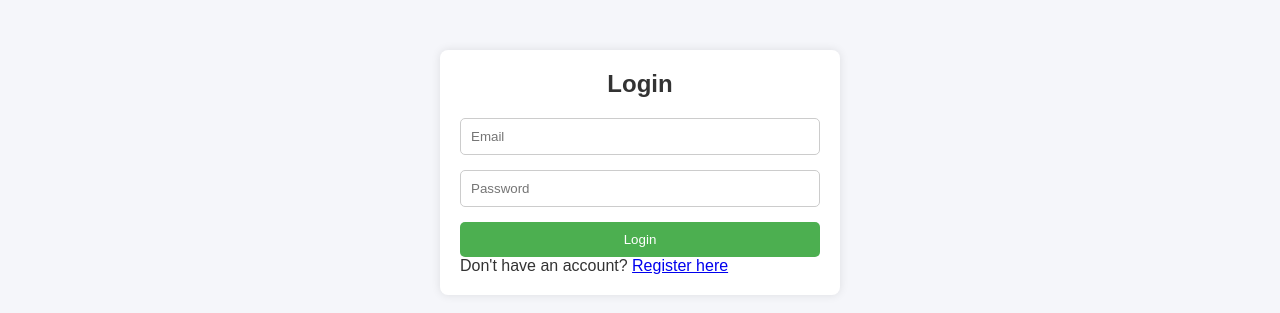
Repository: Akanksha-Sahu26/FinTrack
Page: FinTrack/src/main/resources/static/html/login.html
An editor plug-in stored every save of this project. The page is shown before and after the next save, followed by the edit.
The browser window is 1280 px wide. The pictures show the whole page.

Above is the page before, as saved 2026-02-21 17:23:50.

### FinTrack/src/main/resources/static/html/login.html
<!DOCTYPE html>
<html lang="en">
<head>
    <meta charset="UTF-8">
    <title>Login - Expense Tracker</title>
    <link rel="stylesheet" href="../css/styles.css">
</head>
<body>
    <div class="container auth-container">
        <h2>Login</h2>
        <form id="loginForm">
            <input type="email" id="email" placeholder="Email" required>
            <input type="password" id="password" placeholder="Password" required>
            <button type="submit">Login</button>
        </form>
        <p>Don't have an account? <a href="register.html">Register here</a></p>
        <div id="loginError" class="error-msg"></div>
    </div>

    <script src="../js/api.js"></script>
    <script>
        const loginForm = document.getElementById("loginForm");
        const loginError = document.getElementById("loginError");

        loginForm.addEventListener("submit", async (e) => {
            e.preventDefault();
            const email = document.getElementById("email").value;
            const password = document.getElementById("password").value;

            try {
                const response = await AuthAPI.login({email, password});
                localStorage.setItem("userId", response.id);
                window.location.href = "index.html";
            } catch (err) {
                loginError.textContent = err.message || "Login failed!";
                loginError.style.opacity = 1;
                setTimeout(() => loginError.style.opacity = 0, 3000);
            }
        });
    </script>
</body>
</html>

### FinTrack/src/main/resources/static/css/styles.css
/* General Reset */
* { box-sizing: border-box; margin: 0; padding: 0; font-family: 'Arial', sans-serif; }
body { background: #f5f6fa; color: #333; }

/* Containers */
.container { width: 90%; max-width: 400px; margin: 50px auto; padding: 20px; background: #fff; border-radius: 8px; box-shadow: 0 0 10px rgba(0,0,0,0.1); animation: fadeIn 0.8s ease; }
.auth-container h2 { text-align: center; margin-bottom: 20px; }
.auth-container input { display: block; width: 100%; padding: 10px; margin-bottom: 15px; border-radius: 5px; border: 1px solid #ccc; }
.auth-container button { width: 100%; padding: 10px; background: #4CAF50; color: #fff; border: none; border-radius: 5px; cursor: pointer; transition: 0.3s; }
.auth-container button:hover { background: #45a049; }
.error-msg { color: red; font-size: 0.9em; opacity: 0; transition: opacity 0.5s; }

/* Header */
header { display: flex; justify-content: space-between; align-items: center; padding: 20px; background: #4CAF50; color: #fff; }
header h1 { font-size: 1.8em; }
header .btn, #logoutBtn { background: #fff; color: #4CAF50; padding: 6px 12px; border-radius: 5px; text-decoration: none; cursor: pointer; transition: 0.3s; }
header .btn:hover, #logoutBtn:hover { background: #f1f1f1; }

/* Cards */
.summary-cards { display: flex; justify-content: space-around; margin: 20px 0; }
.card { background: #fff; padding: 15px 20px; border-radius: 8px; box-shadow: 0 0 10px rgba(0,0,0,0.1); transition: 0.3s; width: 30%; text-align: center; }
.card:hover { transform: translateY(-5px); }

/* Tables */
table { width: 100%; border-collapse: collapse; margin-top: 20px; }
table th, table td { border: 1px solid #ddd; padding: 8px; text-align: center; }
table th { background: #4CAF50; color: #fff; }

/* Animations */
@keyframes fadeIn { from { opacity: 0; } to { opacity: 1; } }

### FinTrack/src/main/resources/static/js/api.js
/**
 * FinTrack API - Maps all backend controller endpoints
 * Base URL: /api
 * All API calls use fetch with credentials: 'include' for session cookies
 */

const BASE = '/api';

const opts = (method, body) => ({
  method,
  headers: body ? { 'Content-Type': 'application/json' } : {},
  body: body ? JSON.stringify(body) : undefined,
  credentials: 'include'
});

const handleResponse = async (res) => {
  if (!res.ok) {
    const err = await res.json().catch(() => ({}));
    throw new Error(err.error || err.message || `Request failed: ${res.status}`);
  }
  const contentType = res.headers.get('content-type');
  if (contentType && contentType.includes('application/json')) return res.json();
  return res.text();
};

// ========== AUTH (AuthController) ==========
const AuthAPI = {
  register: (data) => fetch(`${BASE}/auth/reg`, opts('POST', data)).then(handleResponse),
  login: (data) => fetch(`${BASE}/auth/login`, opts('POST', data)).then(handleResponse),
  logout: () => fetch(`${BASE}/auth/logout`, opts('POST')).then(handleResponse),
  getCurrentUser: () => fetch(`${BASE}/auth/me`, opts('GET')).then(handleResponse)
};

// ========== USER (UserController) ==========
const UserAPI = {
  getUserById: (id) => fetch(`${BASE}/user/${id}`, opts('GET')).then(handleResponse),
  updateIncome: (id, salary) => fetch(`${BASE}/user/income/${id}?salary=${encodeURIComponent(salary)}`, opts('PUT')).then(handleResponse),
  updateUser: (id, data) => fetch(`${BASE}/user/${id}`, opts('PUT', data)).then(handleResponse),
  getUserExpenses: (id) => fetch(`${BASE}/user/expenses/${id}`, opts('GET')).then(handleResponse)
};

// ========== EXPENSE (ExpenseController) ==========
const ExpenseAPI = {
  create: (data) => fetch(`${BASE}/expense/create`, opts('POST', data)).then(handleResponse),
  getAll: () => fetch(`${BASE}/expense`, opts('GET')).then(handleResponse),
  getById: (id) => fetch(`${BASE}/expense/${id}`, opts('GET')).then(handleResponse),
  delete: (id) => fetch(`${BASE}/expense/${id}`, opts('DELETE')).then(handleResponse),
  getByCategory: (name) => fetch(`${BASE}/expense/category?name=${encodeURIComponent(name)}`, opts('GET')).then(handleResponse),
  getByDateRange: (start, end) => {
    const params = new URLSearchParams({ start });
    if (end) params.set('end', end);
    return fetch(`${BASE}/expense/date-range?${params}`, opts('GET')).then(handleResponse);
  },
  getByDate: (date) => fetch(`${BASE}/expense/date?date=${date}`, opts('GET')).then(handleResponse),
  getRecentExpenses: (page = 0, size = 5) => fetch(`${BASE}/expense/recent-expenses?page=${page}&size=${size}`, opts('GET')).then(handleResponse),
  getMonthlySummary: () => fetch(`${BASE}/expense/monthly-summary`, opts('GET')).then(handleResponse),
  searchByCategoryTerm: (term) => fetch(`${BASE}/expense/category-term-search?term=${encodeURIComponent(term)}`, opts('GET')).then(handleResponse),
  getByMonth: (year, month) => {
    const params = new URLSearchParams();
    if (year != null) params.set('year', year);
    if (month != null) params.set('month', month);
    return fetch(`${BASE}/expense/month?${params}`, opts('GET')).then(handleResponse);
  }
};

// ========== CATEGORIES (CategoryController) ==========
const CategoryAPI = {
  getAll: () => fetch(`${BASE}/categories`, opts('GET')).then(handleResponse),
  getById: (id) => fetch(`${BASE}/categories/${id}`, opts('GET')).then(handleResponse),
  create: (name) => fetch(`${BASE}/categories`, {
    method: 'POST',
    headers: { 'Content-Type': 'application/json' },
    body: JSON.stringify(name.trim()),
    credentials: 'include'
  }).then(handleResponse),
  search: (keyword) => fetch(`${BASE}/categories/search?keyword=${encodeURIComponent(keyword)}`, opts('GET')).then(handleResponse)
};

// ========== AI (AIController) ==========
const AIAPI = {
  getFinancialNarrative: (year, month) => {
    const params = new URLSearchParams();
    if (year != null) params.set('year', year);
    if (month != null) params.set('month', month);
    return fetch(`${BASE}/ai/financial-narrative?${params}`, opts('GET')).then(handleResponse);
  },
  getRiskDetection: (year, month) => {
    const params = new URLSearchParams();
    if (year != null) params.set('year', year);
    if (month != null) params.set('month', month);
    return fetch(`${BASE}/ai/risk-detection?${params}`, opts('GET')).then(handleResponse);
  },
  getBudgetPlanner: (year, month) => {
    const params = new URLSearchParams();
    if (year != null) params.set('year', year);
    if (month != null) params.set('month', month);
    return fetch(`${BASE}/ai/budget-planner?${params}`, opts('GET')).then(handleResponse);
  },
  getHealthScore: (year, month) => {
    const params = new URLSearchParams();
    if (year != null) params.set('year', year);
    if (month != null) params.set('month', month);
    return fetch(`${BASE}/ai/health-score?${params}`, opts('GET')).then(handleResponse);
  }
};

After the next save:
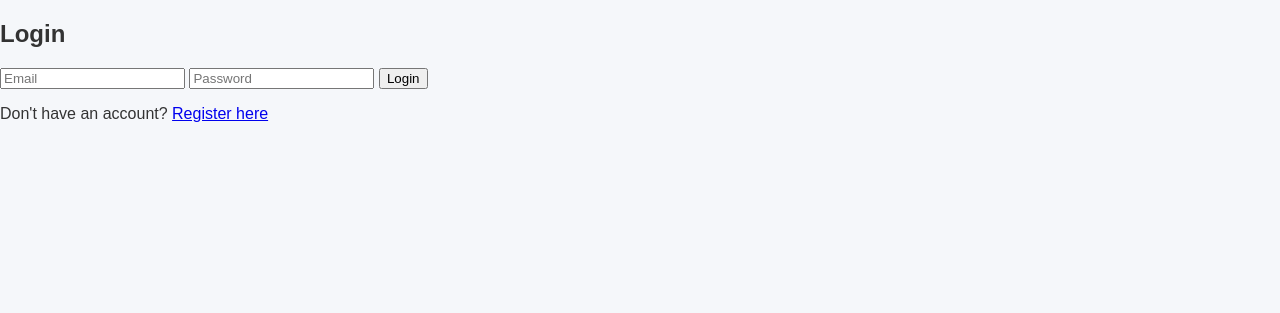
Saved 7 min 48 s later.
--- a/FinTrack/src/main/resources/static/css/styles.css
+++ b/FinTrack/src/main/resources/static/css/styles.css
@@ -1,30 +1,108 @@
-/* General Reset */
-* { box-sizing: border-box; margin: 0; padding: 0; font-family: 'Arial', sans-serif; }
-body { background: #f5f6fa; color: #333; }
+body {
+    font-family: 'Poppins', sans-serif;
+    margin: 0;
+    background: #f5f7fa;
+    color: #333;
+}
 
-/* Containers */
-.container { width: 90%; max-width: 400px; margin: 50px auto; padding: 20px; background: #fff; border-radius: 8px; box-shadow: 0 0 10px rgba(0,0,0,0.1); animation: fadeIn 0.8s ease; }
-.auth-container h2 { text-align: center; margin-bottom: 20px; }
-.auth-container input { display: block; width: 100%; padding: 10px; margin-bottom: 15px; border-radius: 5px; border: 1px solid #ccc; }
-.auth-container button { width: 100%; padding: 10px; background: #4CAF50; color: #fff; border: none; border-radius: 5px; cursor: pointer; transition: 0.3s; }
-.auth-container button:hover { background: #45a049; }
-.error-msg { color: red; font-size: 0.9em; opacity: 0; transition: opacity 0.5s; }
+header {
+    background: #4b79a1;
+    background: linear-gradient(90deg, #283e51, #4b79a1);
+    padding: 1rem 2rem;
+    display: flex;
+    justify-content: space-between;
+    align-items: center;
+    color: #fff;
+    box-shadow: 0 4px 6px rgba(0,0,0,0.1);
+    position: sticky;
+    top: 0;
+    z-index: 1000;
+}
 
-/* Header */
-header { display: flex; justify-content: space-between; align-items: center; padding: 20px; background: #4CAF50; color: #fff; }
-header h1 { font-size: 1.8em; }
-header .btn, #logoutBtn { background: #fff; color: #4CAF50; padding: 6px 12px; border-radius: 5px; text-decoration: none; cursor: pointer; transition: 0.3s; }
-header .btn:hover, #logoutBtn:hover { background: #f1f1f1; }
+header h1.brand {
+    font-size: 1.8rem;
+    font-weight: bold;
+    letter-spacing: 2px;
+    animation: fadeInDown 1s ease-out;
+}
 
-/* Cards */
-.summary-cards { display: flex; justify-content: space-around; margin: 20px 0; }
-.card { background: #fff; padding: 15px 20px; border-radius: 8px; box-shadow: 0 0 10px rgba(0,0,0,0.1); transition: 0.3s; width: 30%; text-align: center; }
-.card:hover { transform: translateY(-5px); }
+header nav a, header nav button {
+    margin-left: 1rem;
+    color: #fff;
+    text-decoration: none;
+    font-weight: 500;
+    transition: all 0.3s ease;
+}
 
-/* Tables */
-table { width: 100%; border-collapse: collapse; margin-top: 20px; }
-table th, table td { border: 1px solid #ddd; padding: 8px; text-align: center; }
-table th { background: #4CAF50; color: #fff; }
+header nav a:hover, header nav button:hover {
+    color: #ffd700;
+    transform: translateY(-2px);
+}
 
-/* Animations */
-@keyframes fadeIn { from { opacity: 0; } to { opacity: 1; } }
+.fade-in {
+    animation: fadeIn 1s ease forwards;
+    opacity: 0;
+}
+
+@keyframes fadeIn {
+    to { opacity: 1; }
+}
+
+.cards-container {
+    display: flex;
+    justify-content: space-around;
+    margin: 2rem 0;
+}
+
+.card {
+    background: #fff;
+    padding: 1.5rem;
+    border-radius: 10px;
+    box-shadow: 0 6px 12px rgba(0,0,0,0.1);
+    text-align: center;
+    transition: transform 0.3s ease, box-shadow 0.3s ease;
+}
+
+.card:hover {
+    transform: translateY(-5px);
+    box-shadow: 0 12px 24px rgba(0,0,0,0.15);
+}
+
+.btn {
+    background: #283e51;
+    color: #fff;
+    padding: 0.6rem 1.2rem;
+    border: none;
+    border-radius: 5px;
+    cursor: pointer;
+    transition: all 0.3s ease;
+}
+
+.btn:hover {
+    background: #4b79a1;
+    transform: translateY(-2px);
+}
+
+/* Table styling for expenses */
+table {
+    width: 100%;
+    border-collapse: collapse;
+    margin-top: 1rem;
+    background: #fff;
+    border-radius: 8px;
+    overflow: hidden;
+}
+
+table th, table td {
+    padding: 0.8rem 1rem;
+    text-align: left;
+}
+
+table tr:nth-child(even) {
+    background: #f9f9f9;
+}
+
+table tr:hover {
+    background: #e6f0ff;
+    transition: 0.2s;
+}
